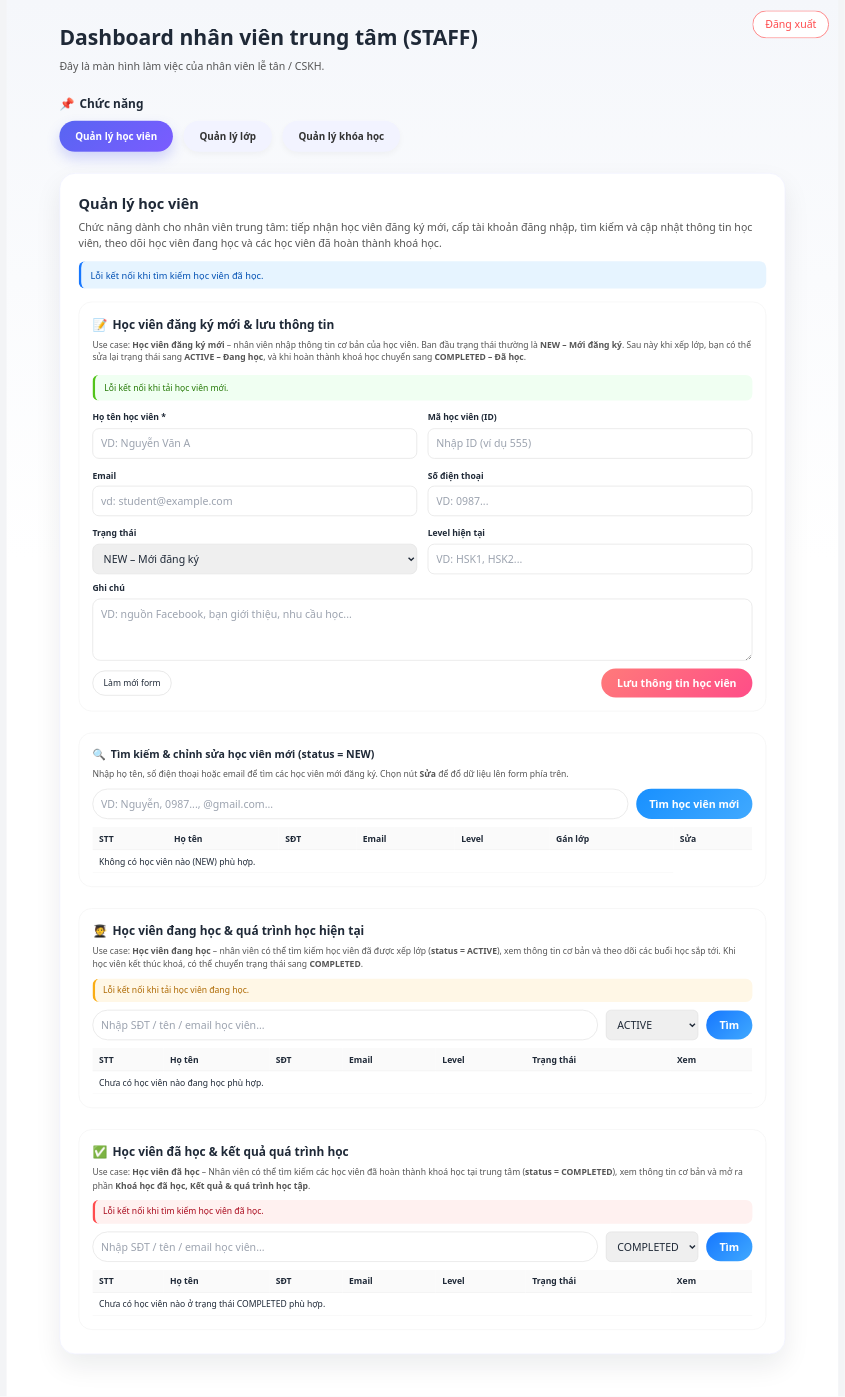
Repository: OssiaLouisVu/-N-2
Page: /staff/dashboard (app in frontend/)
An editor plug-in stored every save of this project. The page is shown before and after the next save, followed by the edit.
The browser window is 1280 px wide. The pictures show the whole page, at 66% of full size.
The page's requests for data from a server got no answer. The project was rebuilt for these pictures with package versions that can differ from the ones it lists, and the page was loaded fresh each time. No one was signed in, and anything a server would have sent is missing. Also part of the build but not shown: frontend/vite.config.mjs, frontend/src/pages/Login.jsx, frontend/src/pages/ForgotPassword.jsx, frontend/src/pages/ResetPassword.jsx, frontend/src/pages/StudentDashboard.jsx, frontend/src/api/attendanceApi.js, frontend/src/components/attendance/AttendanceTable.jsx, frontend/src/components/attendance/AttendancePanel.jsx and 22 more.

Above is the page before, as saved 2025-12-07 22:00:00.

After the next save:
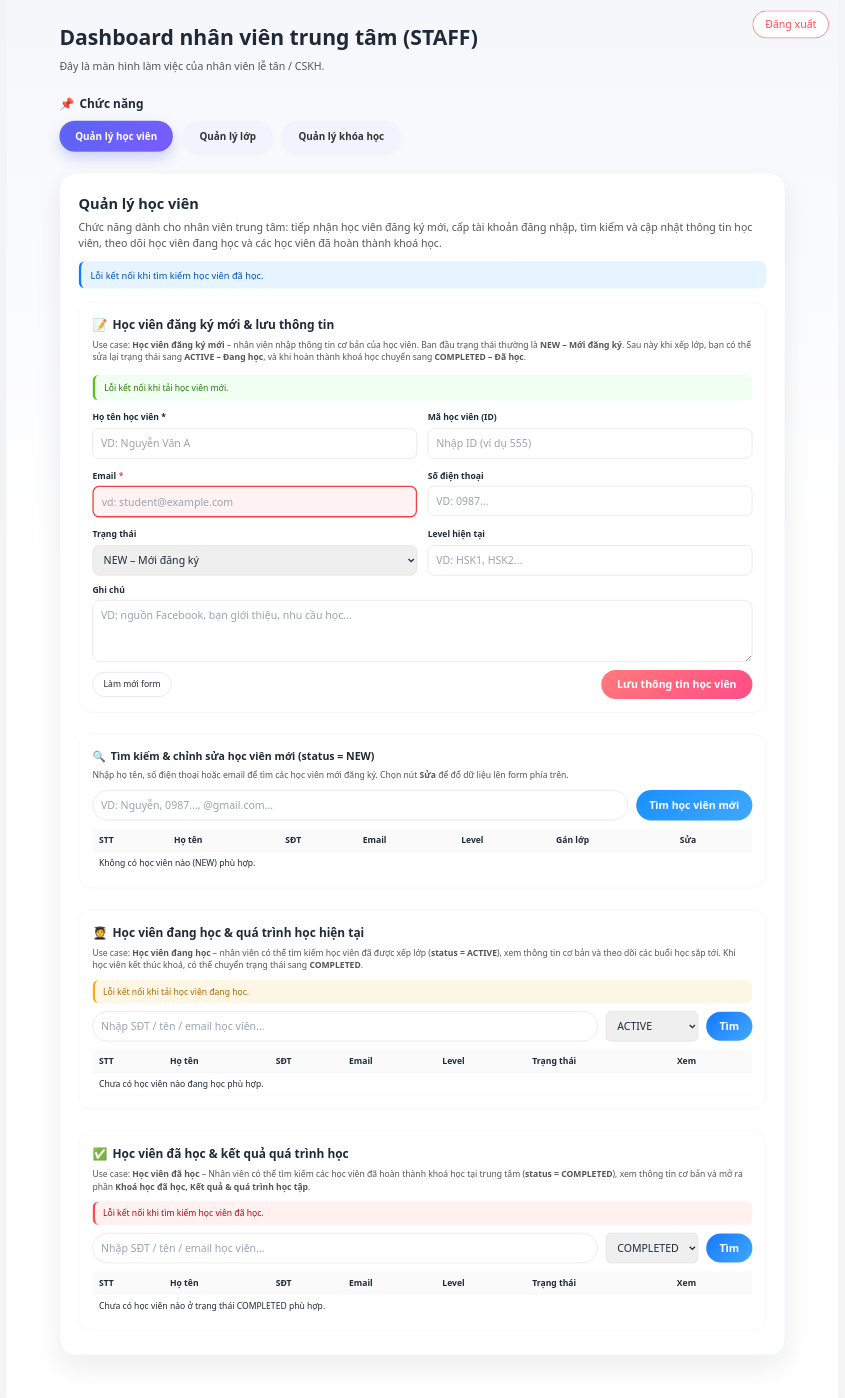
Saved 19 s later.
--- a/frontend/src/components/student/AddStudentPanel.jsx
+++ b/frontend/src/components/student/AddStudentPanel.jsx
@@ -309,19 +309,24 @@ export default function AddStudentPanel({
           </div>
 
           <div>
-            <label style={{ fontSize: 13, fontWeight: 600 }}>Email</label>
+            <label style={{ fontSize: 13, fontWeight: 600 }}>
+              Email
+              <span style={{ color: '#ef4444', marginLeft: 4 }}>*</span>
+            </label>
             <input
               type="email"
               value={email}
               onChange={(e) => setEmail(e.target.value)}
               placeholder="vd: student@example.com"
+              required
               style={{
                 marginTop: 6,
                 width: "100%",
                 padding: "10px 12px",
                 borderRadius: 10,
-                border: "1px solid #e0e0e0",
+                border: email.trim() ? "1px solid #10b981" : "2px solid #ef4444",
                 outline: "none",
+                background: email.trim() ? "#f0fdf4" : "#fef2f2"
               }}
             />
           </div>
